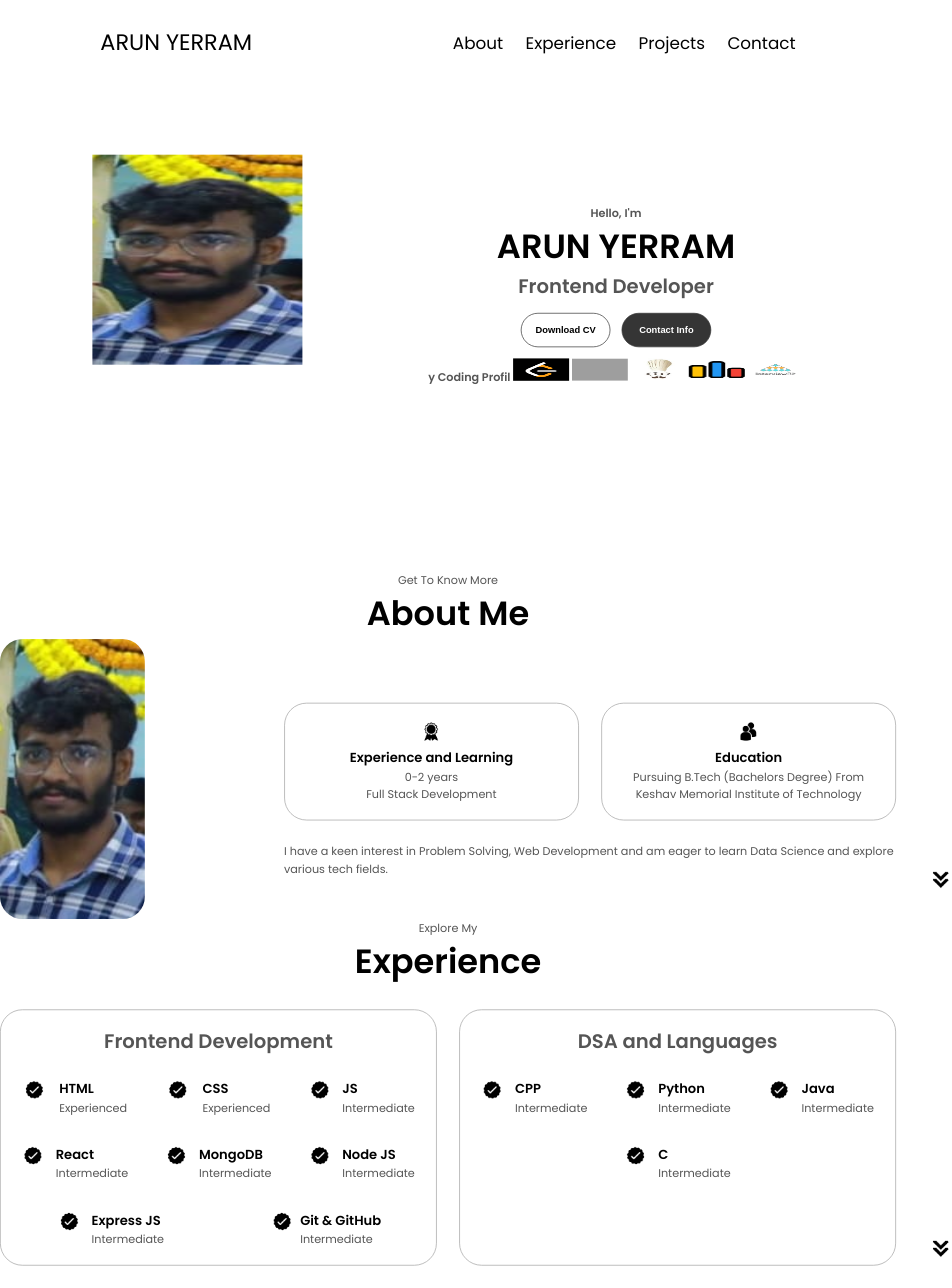
Repository: ARUN-YERRAM/ARUN-YERRAM-PORTFOLIO
Page: portfolio/index.html
An editor plug-in stored every save of this project. The page is shown before and after the next save, followed by the edit.
The browser window is 1280 px wide. The page is 1360 px wide, so the pictures cover 1360 px, including what lies to the right of the window. The pictures show the part of the page from y = 0 to 1840 px (the page is 3129 px tall), at 70% of full size.
Pictures or frames that could not be fetched are drawn as grey boxes.

Above is the page before, as saved 2024-07-07 04:45:40.

After the next save:
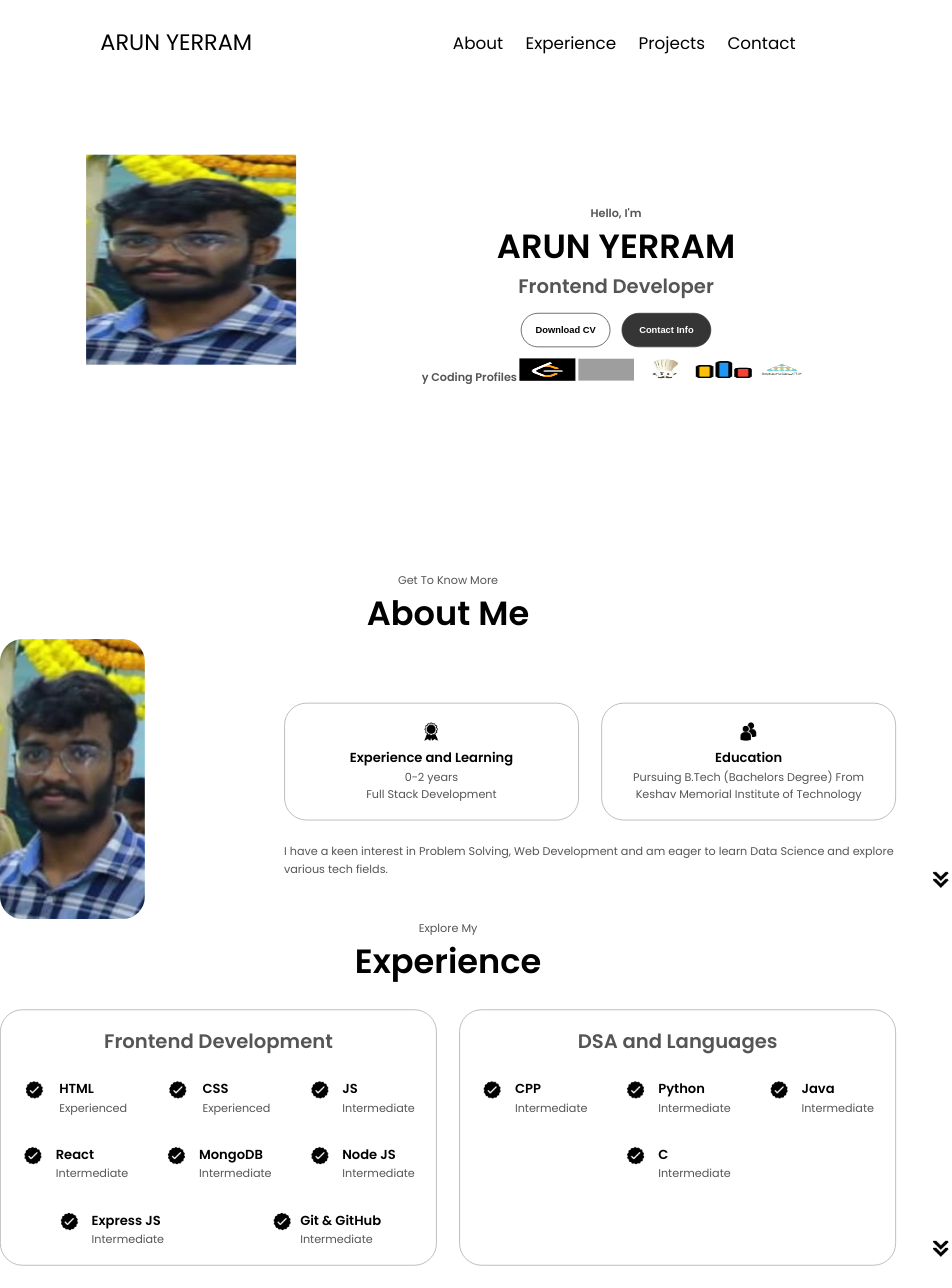
Saved 5 s later.
--- a/portfolio/index.html
+++ b/portfolio/index.html
@@ -49,7 +49,7 @@
         <button class="btn btn-color-1" onclick="location.href='./#contact'">Contact Info</button>
       </div>
       <div id="socials-container">
-        <p> y Coding Profil
+        <p> y Coding Profiles
         <img src="./assets/leetcode.png" alt="My Leetcode profile" class="icon" onclick="window.open('https://leetcode.com/u/arun_2005/', '_blank')" width="80px"/>
         <img src="./assets/GFG.jpeg" alt="My GFG profile" class="icon" width="80px" onclick="window.open('https://www.geeksforgeeks.org/user/arunyerram/?utm_source=geeksforgeeks&utm_medium=my_profile&utm_campaign=auth_user', '_blank')" />
         <img src="./assets/CodeChef.jpeg" alt="My CodeChef profile" class="icon" onclick="window.open('https://www.codechef.com/users/yarun2k05', '_blank')" width="80px"/>
